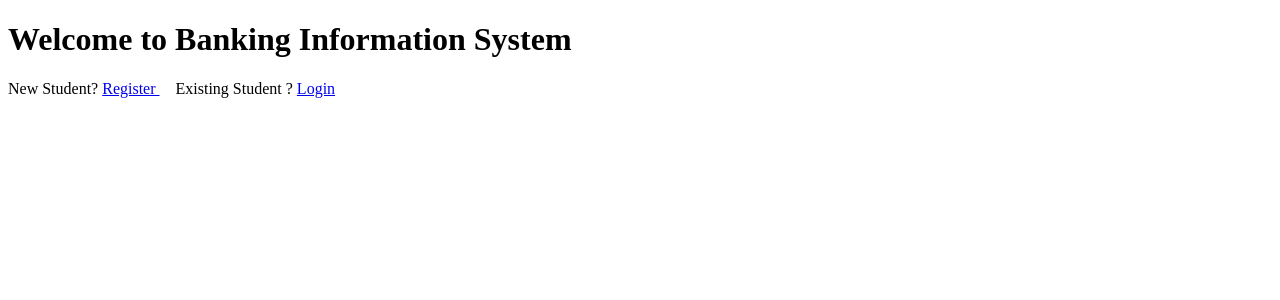
Repository: MarthaLaundyBlair/java-web-app
Page: http://localhost/banking/
The author's editor kept a copy of each file at every save. The page is drawn from the files as they stood at one save, then again after the next save.
The browser window is 1280 px wide. The pictures show the whole page.
The page is served by Tomcat 9.

Above is the page before, as saved 2022-05-17 15:04:43.

After the next save:
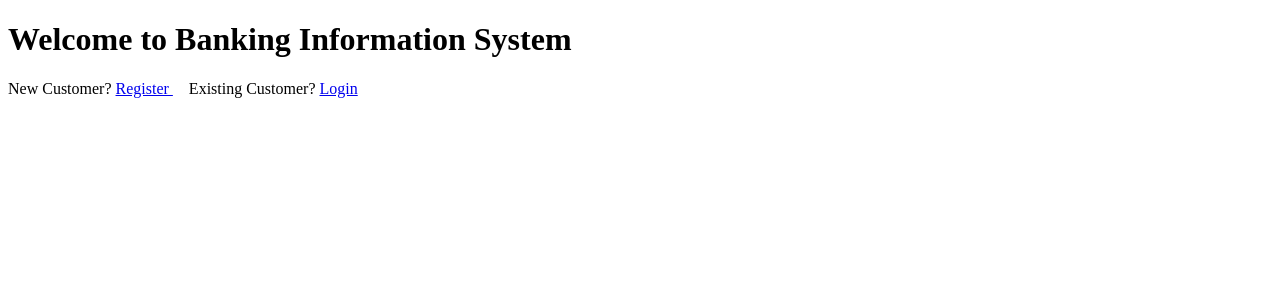
Saved 10 min 13 s later.
--- a/banking/src/main/webapp/index.jsp
+++ b/banking/src/main/webapp/index.jsp
@@ -11,9 +11,9 @@
    <h1> Welcome to Banking Information System </h1>
 
 
-   New Student? <a href="register.jsp"> Register </a> &nbsp;&nbsp;&nbsp;
+   New Customer? <a href="register.jsp"> Register </a> &nbsp;&nbsp;&nbsp;
 
-   Existing Student ? <a href="login.jsp"> Login </a>
+   Existing Customer? <a href="login.jsp"> Login </a>
 
 
 
